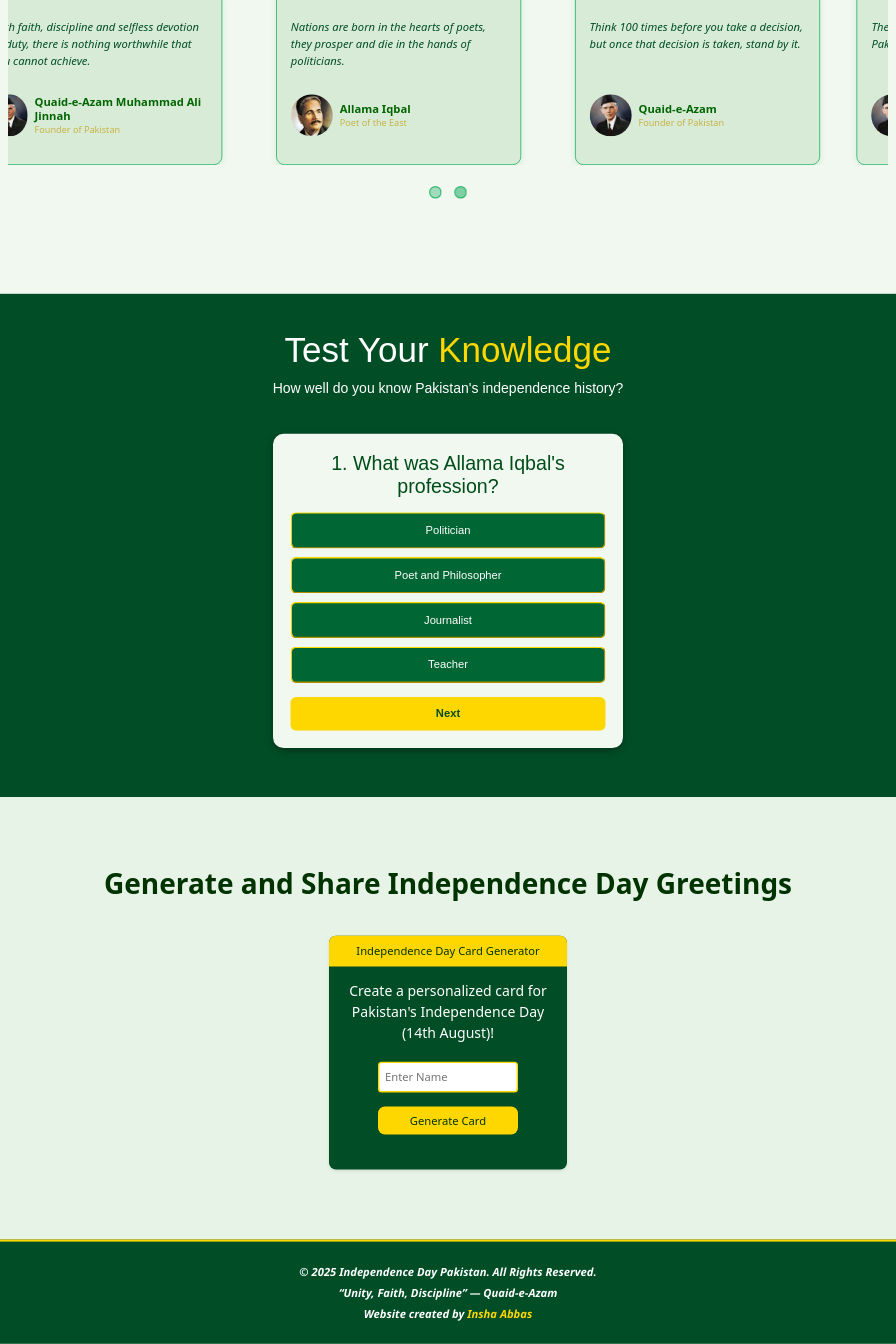
Repository: memonmuhammadali98/Pakistan-Independence-Day
Page: index.html
An editor plug-in stored every save of this project. The page is shown before and after the next save, followed by the edit.
The browser window is 1280 px wide. The pictures show the part of the page from y = 4434 to 6354 px (the page is 6354 px tall), at 70% of full size.

Above is the page before, as saved 2025-08-09 21:08:52.

### index.html
<!DOCTYPE html>
<html lang="en">

<head>
  <meta charset="UTF-8">
  <meta name="viewport" content="width=device-width, initial-scale=1.0">
  <title>Independence Day</title>
  <!-- External CSS -->
  <link rel="stylesheet" href="./style.css">
  <!-- Bootstrap CDN -->
  <link href="https://cdn.jsdelivr.net/npm/bootstrap@5.3.7/dist/css/bootstrap.min.css" rel="stylesheet"
    integrity="sha384-LN+7fdVzj6u52u30Kp6M/trliBMCMKTyK833zpbD+pXdCLuTusPj697FH4R/5mcr" crossorigin="anonymous">
  <script src="https://cdn.jsdelivr.net/npm/bootstrap@5.3.7/dist/js/bootstrap.bundle.min.js"
    integrity="sha384-ndDqU0Gzau9qJ1lfW4pNLlhNTkCfHzAVBReH9diLvGRem5+R9g2FzA8ZGN954O5Q"
    crossorigin="anonymous"></script>
    <!-- For PDF Download -->
    <script src="https://cdnjs.cloudflare.com/ajax/libs/jspdf/2.5.1/jspdf.umd.min.js"></script>
</head>

<body>
  <!-- Navbar Starts -->
  <nav class="navbar navbar-expand-lg navbar">
    <div class="container-fluid">
      <a class="navbar-brand" href="#">
        <img src="./Assets/logo-removebg-preview (1).png" alt="Logo" width="70px" height="50px">
      </a>
      <button class="navbar-toggler" type="button" data-bs-toggle="collapse" data-bs-target="#navbarSupportedContent"
        aria-controls="navbarSupportedContent" aria-expanded="false" aria-label="Toggle navigation">
        <span class="navbar-toggler-icon"></span>
      </button>
      <div class="collapse navbar-collapse" id="navbarSupportedContent">
        <ul class="navbar-nav me-auto ms-auto gap-5 mb-2 mb-lg-0 f-s-5">
          <li class="nav-item">
            <a class="nav-link active" aria-current="page" href="#">Home</a>
          </li>
          <li class="nav-item">
            <a class="nav-link active" href="#">About</a>
          </li>
          <li class="nav-item">
            <a class="nav-link active" aria-disabled="true">History</a>
          </li>
          <li class="nav-item">
            <a class="nav-link active" aria-disabled="true">Gallery</a>
          </li>
          <li class="nav-item">
            <a class="nav-link active" aria-disabled="true">Stories</a>
          </li>
        </ul>
        <form class="d-flex" role="search">
          <button class="btn" type="submit">Generate Card</button>
        </form>
      </div>
    </div>
  </nav>
  <!-- Navbar Ends -->

  <!-- HERO SECTION STARTS -->
  <section class="hero-section">
    <div class="hero-text">
      <h1>Celebrating Freedom Honoring <span style="color: gold;">Sacrifice</span></h1>
      <p>On this 14th August, let's remember the heroes who gave us independence and strive for a better Pakistan.</p>
      <button>Explore Our Journey</button>
    </div>
    <div class="hero-img">
      <img src="./Assets/hero-img.png" alt="Hero img" class="hero-img-1">
      <!-- <img src="./Assets/hero-img-2.png" alt="Hero img 2" class="Hero-img-2">
      <img src="./Assets/Hero-img-3.png" alt="Hero img 3" class="Hero-img-3"> -->
    </div>
  </section>
  <!-- HERO SECTION ENDS -->

  <!-- ABOUT SECTION STARTS -->
  <section class="about-section">
    <h2>About <span style="color: gold;">Pakistan</span></h2>
    <div class="about-container">
      <div class="about-img">
        <div class="flag-wrapper">
          <div class="flag">
            <div class="white-part"></div>
            <div class="green-part">
              <div class="crescent"></div>
              <div class="star"></div>
            </div>
          </div>
        </div>
      </div>
      <div class="about-text">
        <p>
          Pakistan is a country rich in history, culture, and natural beauty. From the majestic mountains of the north
          to the vast deserts in the south, it is a land of diversity and tradition. The people of Pakistan are known
          for their hospitality, resilience, and deep-rooted values. With a vision for progress and unity, Pakistan
          continues to grow while honoring its heritage and identity.
        </p>
      </div>
    </div>
  </section>
  <!-- ABOUT SECTION ENDS -->

  <!-- HISTORY SECTION STARTS -->
  <section class="history-section">
    <h2>Pakistan's Historical <span style="color: gold;">Journey</span></h2>
    <div class="timeline">

      <div class="timeline-item">
        <span class="year">1857 🔥</span>
        <h3>First War of Independence</h3>
        <p>The First War of Independence began, igniting the spark for freedom from British rule.</p>
      </div>

      <div class="timeline-item">
        <span class="year">1906 🕌</span>
        <h3>Formation of Muslim League</h3>
        <p>The All-India Muslim League was founded to represent Muslim interests in British India.</p>
      </div>

      <div class="timeline-item">
        <span class="year">1940 📜</span>
        <h3>Lahore Resolution</h3>
        <p>The Pakistan Resolution was passed in Lahore, demanding a separate homeland for Muslims.</p>
      </div>

      <div class="timeline-item">
        <span class="year">1947 🕊️</span>
        <h3>Independence of Pakistan</h3>
        <p>Pakistan gained independence on August 14 under the leadership of Quaid-e-Azam Muhammad Ali Jinnah.</p>
      </div>

      <div class="timeline-item">
        <span class="year">1956 📖</span>
        <h3>First Constitution</h3>
        <p>Pakistan became the Islamic Republic by adopting its first constitution on March 23.</p>
      </div>

      <div class="timeline-item">
        <span class="year">1965 ⚔️</span>
        <h3>Second War with India</h3>
        <p>Pakistan and India fought a war over Kashmir, ending with the Tashkent Agreement.</p>
      </div>

      <div class="timeline-item">
        <span class="year">1971 💔</span>
        <h3>Fall of Dhaka</h3>
        <p>The separation of East Pakistan led to the creation of Bangladesh after civil war.</p>
      </div>

      <div class="timeline-item">
        <span class="year">1973 🏛️</span>
        <h3>New Constitution</h3>
        <p>A new constitution was passed, establishing a parliamentary system in Pakistan.</p>
      </div>

      <div class="timeline-item">
        <span class="year">1998 💣</span>
        <h3>Nuclear Tests</h3>
        <p>Pakistan conducted successful nuclear tests in Chaghi, becoming the 7th nuclear power in the world.</p>
      </div>

    </div>
  </section>
  <!-- HISTORY SECTION ENDS -->

  <!-- NATIONAL HERO SECTION STARTS -->
   <section class="national-hero-section">
  <h2>National Heroes of <span style="color: gold;">Pakistan</span></h2>
  <div class="national-hero-cards">

    <div class="national-hero-card">
      <img src="assets/Quaid-img.jpeg" alt="Quaid-e-Azam">
      <h3>Quaid-e-Azam</h3>
      <p class="title">Founder of Pakistan</p>
      <p>Leader of the Pakistan Movement and the first Governor-General of Pakistan.</p>
    </div>

    <div class="national-hero-card">
      <img src="assets/Allama-Iqbal-img.webp" alt="Allama Iqbal">
      <h3>Allama Iqbal</h3>
      <p class="title">Poet of the East</p>
      <p>Visionary who dreamed of Pakistan and inspired the youth with his poetry.</p>
    </div>

    <div class="national-hero-card">
      <img src="assets/fatima-jinnah.jpg" alt="Fatima Jinnah">
      <h3>Fatima Jinnah</h3>
      <p class="title">Mother of the Nation</p>
      <p>Quaid-e-Azam's sister and a strong advocate for women's rights in Pakistan.</p>
    </div>

    <div class="national-hero-card">
      <img src="assets/Liaquat-Ali-Khan-img.jpg" alt="Allama Iqbal">
      <h3>Liaquat Ali Khan</h3>
      <p class="title">First Prime Minister</p>
      <p>He was the first Prime Minister of Pakistan and played a major role in early governance.</p>
    </div>

    <div class="national-hero-card">
      <img src="assets/Sir-Syed-Ahmed-Khan-img.webp" alt="Allama Iqbal">
      <h3>Sir Syed Ahmed Khan</h3>
      <p class="title">Muslim Reformer & Educator</p>
      <p>Founder of Aligarh Movement, he laid the foundation for modern Muslim education in the subcontinent.</p>
    </div>

    <div class="national-hero-card">
      <img src="assets/Abdul-Qadeer-Khan-img.webp" alt="Dr. Abdul Qadeer Khan">
      <h3>Dr. Abdul Qadeer Khan</h3>
      <p class="title">Father of Nuclear Program</p>
      <p>Key figure behind Pakistan's nuclear tests in 1998, ensuring national defense.</p>
    </div>

  </div>
</section>

<!-- Quote Section Starts -->
   <div class="quote-section container-xxl">
      <h2>Famous <span style="color: gold;">Quotes</span></h2>

  <div id="testimonialCarousel" class="carousel slide" data-bs-ride="carousel">

    <div class="carousel-inner" id="carouselContent"></div>

    <div class="carousel-indicators justify-content-center mt-3" id="carouselIndicators"></div>
  </div>


<div id="allTestimonialCards" class="d-none">

            <div class="testi-card-1">
      <div class="testi-para">
        <p>With faith, discipline and selfless devotion to duty, there is nothing worthwhile that you cannot achieve.</p>
      </div>
      <div class="testi-intro">
        <img src="./Assets/Quaid-img.jpeg" alt="pfp" class="testi-pfp">
        <div class="testi-intro-text">
          <h3>Quaid-e-Azam Muhammad Ali Jinnah</h3>
          <span style="color: rgb(198, 178, 68);;">Founder of Pakistan</span>
        </div>
      </div>

    </div>


          <div class="testi-card-1">
      <div class="testi-para">
        <p>Nations are born in the hearts of poets, they prosper and die in the hands of politicians.</p>
      </div>
      <div class="testi-intro">
        <img src="./Assets/Allama-Iqbal-img.webp" alt="pfp" class="testi-pfp">
        <div class="testi-intro-text">
          <h3>Allama Iqbal</h3>
          <span style="color: rgb(198, 178, 68);;">Poet of the East</span>
        </div>
      </div>
     </div>


          <div class="testi-card-1">
      <div class="testi-para">
        <p>Think 100 times before you take a decision, but once that decision is taken, stand by it.</p>
      </div>
      <div class="testi-intro">
        <img src="./Assets/Quaid-img.jpeg" alt="pfp" class="testi-pfp">
        <div class="testi-intro-text">
          <h3>Quaid-e-Azam</h3>
          <span style="color: rgb(198, 178, 68);;">Founder of Pakistan</span>
        </div>
      </div>
     </div>


          <div class="testi-card-1">
      <div class="testi-para">
        <p>There is no power on earth that can undo Pakistan.</p>
      </div>
      <div class="testi-intro">
        <img src="./Assets/Quaid-img.jpeg" alt="pfp" class="testi-pfp">
        <div class="testi-intro-text">
          <h3>Muhammad Ali Jinnah</h3>
          <span style="color: rgb(198, 178, 68);">Founder of Pakistan</span>
        </div>
      </div>
     </div>
</div>
</div>
 <!-- Quote Section Ends -->

<!-- Quiz Section Starts -->
  <section class="quiz-section">
  <div class="quiz-container">
    <h2>Test Your <span style="color: gold;">Knowledge</span></h2>
    <p>How well do you know Pakistan's independence history?</p>

    <div class="quiz-card">
      <h3 id="question">Question text</h3>
      <div id="options" class="options"></div>

      <button id="next-btn" class="next-btn">Next</button>
    </div>

    <div id="result-box" class="result-box hidden">
      <h3>Your Score: <span id="score"></span>/10</h3>
      <p id="remarks"></p>
      <input type="text" id="username" placeholder="Enter your name" />
      <button id="certificate-btn" class="next-btn">Download Certificate</button>
    </div>
  </div>
</section>
<!-- Quiz Section Ends -->

<!-- Card Section Starts -->
 <section class="card-section">
  <h2>Generate and Share <span></span> Independence Day Greetings</h2>
        <div class="generator-section">
            <div class="header">Independence Day Card Generator</div>
            <p>Create a personalized card for Pakistan's Independence Day (14th August)!</p>
            <input type="text" id="nameInput" placeholder="Enter Name" class="card-input">
            <button onclick="generateCard()" class="card-btn">Generate Card</button>
            <div class="cards-container" id="cardsContainer"></div>
        </div>
    </section>
<!-- Card Section Ends -->

<!-- Footer Section Starts -->
<footer class="footer">
  <div class="footer-container">
    <p>© 2025 Independence Day Pakistan. All Rights Reserved.</p>
    <p>“Unity, Faith, Discipline” — Quaid-e-Azam</p>
    <p>Website created by <strong style="color: gold;">Insha Abbas</strong></p>
  </div>
</footer>
<!-- Footer Section Ends -->













<!-- Famous Quotes Section Starts -->
  <script>
    <!-- Testimonial JS Starts -->
function getCardsPerSlide() {
  if (window.innerWidth >= 992) return 3; // large screen
  if (window.innerWidth >= 768) return 2; // medium
  return 1; // small
}

function buildCarousel() {
  const allCards = Array.from(document.querySelectorAll('#allTestimonialCards .testi-card-1'));
  const carouselInner = document.getElementById('carouselContent');
  const indicators = document.getElementById('carouselIndicators');
  const cardsPerSlide = getCardsPerSlide();

  carouselInner.innerHTML = '';
  indicators.innerHTML = '';

  let slides = [];

  if (cardsPerSlide === 3 && allCards.length === 4) {
    // Large screen: avoid solo card
    slides = [
      [0, 1, 2], // Slide 1
      [3, 0, 1]  // Slide 2
    ];
  } else {
    // Normal grouping
    for (let i = 0; i < allCards.length; i += cardsPerSlide) {
      const group = [];
      for (let j = 0; j < cardsPerSlide; j++) {
        const index = i + j;
        if (index < allCards.length) {
          group.push(index);
        }
      }
      slides.push(group);
    }
  }

  slides.forEach((group, slideIndex) => {
    const slide = document.createElement('div');
    slide.classList.add('carousel-item');
    if (slideIndex === 0) slide.classList.add('active');

    const row = document.createElement('div');
    row.classList.add('row', 'g-4' ,'justify-content-center');

    group.forEach(index => {
      const col = document.createElement('div');
      if (cardsPerSlide === 3) {
  col.className = 'col-lg-4';
} else if (cardsPerSlide === 2) {
  col.className = 'col-md-6';
} else {
  col.className = 'col-12 d-flex justify-content-center'; // ✅ fix for small screens
}
      col.appendChild(allCards[index].cloneNode(true));
      row.appendChild(col);
    });

    slide.appendChild(row);
    carouselInner.appendChild(slide);

    const dot = document.createElement('button');
    dot.setAttribute('type', 'button');
    dot.setAttribute('data-bs-target', '#testimonialCarousel');
    dot.setAttribute('data-bs-slide-to', slideIndex);
    dot.setAttribute('aria-label', `Slide ${slideIndex + 1}`);
    if (slideIndex === 0) {
      dot.classList.add('active');
      dot.setAttribute('aria-current', 'true');
    }
    indicators.appendChild(dot);
  });
}

window.addEventListener('DOMContentLoaded', buildCarousel);
window.addEventListener('resize', buildCarousel);
  </script>
<!-- Famous Quotes Section Ends -->

<!-- Quiz Section Starts -->
  <script>
    const questions = [
  { q: "What was Allama Iqbal's profession?", options: ["Politician", "Poet and Philosopher", "Journalist", "Teacher"], answer: 1 },
  { q: "When did Pakistan gain independence?", options: ["14 August 1947", "23 March 1940", "14 August 1950", "15 August 1947"], answer: 0 },
  { q: "Who was the founder of Pakistan?", options: ["Liaquat Ali Khan", "Allama Iqbal", "Muhammad Ali Jinnah", "Sir Syed Ahmed Khan"], answer: 2 },
  { q: "Which city is the capital of Pakistan?", options: ["Karachi", "Islamabad", "Lahore", "Quetta"], answer: 1 },
  { q: "What is the national language of Pakistan?", options: ["Punjabi", "Urdu", "Sindhi", "Pashto"], answer: 1 },
  { q: "What is Pakistan's national flower?", options: ["Rose", "Lily", "Jasmine", "Tulip"], answer: 2 },
  { q: "When was the first constitution of Pakistan enforced?", options: ["1956", "1949", "1973", "1962"], answer: 0 },
  { q: "Which sea borders Pakistan?", options: ["Red Sea", "Caspian Sea", "Arabian Sea", "Black Sea"], answer: 2 },
  { q: "Who was the first Prime Minister of Pakistan?", options: ["Liaquat Ali Khan", "Ayub Khan", "Zulfikar Ali Bhutto", "Yahya Khan"], answer: 0 },
  { q: "What is Pakistan's national sport?", options: ["Hockey", "Cricket", "Football", "Kabaddi"], answer: 0 }
];

let currentQ = 0;
let score = 0;
let selectedOption = null;

const questionEl = document.getElementById("question");
const optionsEl = document.getElementById("options");
const nextBtn = document.getElementById("next-btn");
const resultBox = document.getElementById("result-box");
const scoreEl = document.getElementById("score");
const remarksEl = document.getElementById("remarks");
const certificateBtn = document.getElementById("certificate-btn");

function loadQuestion() {
  const q = questions[currentQ];
  questionEl.textContent = `${currentQ + 1}. ${q.q}`;
  optionsEl.innerHTML = "";
  q.options.forEach((opt, index) => {
    const btn = document.createElement("button");
    btn.textContent = opt;
    btn.classList.add("option-btn");
    btn.onclick = () => selectOption(index, btn);
    optionsEl.appendChild(btn);
  });
}

function selectOption(index, button) {
  selectedOption = index;
  document.querySelectorAll(".option-btn").forEach(btn => btn.classList.remove("selected"));
  button.classList.add("selected");
}

nextBtn.onclick = () => {
  if (selectedOption === null) return alert("Please select an option!");
  if (selectedOption === questions[currentQ].answer) score++;
  selectedOption = null;
  currentQ++;
  if (currentQ < questions.length) {
    loadQuestion();
  } else {
    showResult();
  }
};

function showResult() {
  document.querySelector(".quiz-card").classList.add("hidden");
  resultBox.classList.remove("hidden");
  scoreEl.textContent = score;
  remarksEl.textContent = score >= 8 ? "Excellent! You know your history well!" :
                          score >= 5 ? "Good job! But there's more to learn." :
                          "Keep learning about Pakistan's history!";
}

certificateBtn.onclick = () => {
  const name = document.getElementById("username").value.trim();
  if (!name) return alert("Please enter your name!");
  generateCertificate(name, score);
};

function generateCertificate(name, score) {
  const { jsPDF } = window.jspdf;
  const doc = new jsPDF("landscape", "mm", "a4");

  // Colors
  const green = [0, 102, 51];
  const gold  = [255, 215, 0];
  const white = [255, 255, 255];

  // Page background
  doc.setFillColor(...green);
  doc.rect(0, 0, 297, 210, "F");

  // Gold border
  doc.setDrawColor(...gold);
  doc.setLineWidth(4);
  doc.rect(5, 5, 287, 200);

  // Title
  doc.setFont("helvetica", "bold");
  doc.setFontSize(32);
  doc.setTextColor(...gold);
  doc.text("Certificate of Achievement", 148.5, 50, { align: "center" });

  // Subtitle
  doc.setFontSize(18);
  doc.setTextColor(...white);
  doc.text("This is proudly presented to", 148.5, 70, { align: "center" });

  // Name
  doc.setFont("times", "bold");
  doc.setFontSize(26);
  doc.setTextColor(...gold);
  doc.text(name, 148.5, 90, { align: "center" });

  // Achievement text
  doc.setFont("helvetica", "normal");
  doc.setFontSize(16);
  doc.setTextColor(...white);
  doc.text(
    "For successfully completing the Pakistan Independence Day Quiz",
    148.5,
    110,
    { align: "center", maxWidth: 240 }
  );
  doc.text(`Score: ${score}/10`, 148.5, 125, { align: "center" });

  // Remarks
  let remark =
    score >= 8 ? "Excellent knowledge of Pakistan's history!" :
    score >= 5 ? "Good effort! Keep learning more." :
                 "Needs improvement. Keep studying!";
  doc.setFontSize(14);
  doc.setTextColor(...white);
  doc.text(remark, 148.5, 140, { align: "center" });

  // Date (only once)
  const today = new Date();
  // ordinal helper (optional)
  const ordinal = (n) => {
    const s = ["th","st","nd","rd"], v = n % 100;
    return n + (s[(v - 20) % 10] || s[v] || s[0]);
  };
  const dateStr = `${ordinal(today.getDate())} ${today.toLocaleString('en-GB', { month: 'long' })} ${today.getFullYear()}`;

  doc.setFontSize(12);
  doc.setTextColor(200, 200, 200);
  doc.text(`Issued on ${dateStr}`, 148.5, 190, { align: "center" });

  // Decorative stamp (right side)
  // Decorative stamp (right side) with today's date
const day   = today.getDate().toString().padStart(2, "0");
const month = today.toLocaleString('en-GB', { month: 'short' }).toUpperCase();

doc.setFillColor(...gold);
doc.circle(260, 150, 15, "F");
doc.setFontSize(10);
doc.setTextColor(...green);
doc.text(`${day} ${month}`, 260, 150, { align: "center", baseline: "middle" });

  // Optionally add a watermark image (flag) - see note below
  // doc.addImage(flagBase64, 'PNG', 20, 30, 120, 120, undefined, 'FAST');

  // Save PDF
  doc.save(`${name}-certificate.pdf`);
}

loadQuestion();

  </script>
<!-- Quiz Section Ends -->

<!-- Card Section Starts -->
 <script src="https://html2canvas.hertzen.com/dist/html2canvas.min.js"></script>
   <script>
    function generateCard() {
    const name = document.getElementById('nameInput').value.trim();
    if (!name) {
        alert('Please enter a name!');
        return;
    }

    const cardsContainer = document.getElementById('cardsContainer');
    const existingCard = cardsContainer.querySelector('.card');

    if (existingCard) {
        // Update the existing card's name and re-attach download button event
        existingCard.querySelector('.wish-heading').innerHTML = `Happy Independence Day <span style="color: gold;">${name}!</span>`;
    } else {
        // Create a new card div
        const card = document.createElement('div');
        card.classList.add('card');

        card.innerHTML = `
            <div class="flag-wrapper">
                <div class="flag">
                    <div class="white-part"></div>
                    <div class="green-part">
                        <div class="crescent"></div>
                        <div class="star"></div>
                    </div>
                </div>
            </div>
            <h3 class="wish-heading">Happy Independence Day <span style="color: gold;">${name}!</span></h3>
            <p class="wish-para">Celebrate the spirit of freedom and unity on this special day. Let's honor the sacrifices of our heroes.</p>
            <p class="wish-para">"Unity, Faith, Discipline" Quaid-e-Azam</p>
        `;

        // Create download button and attach event listener
        const downloadBtn = document.createElement('button');
        downloadBtn.className = 'download-btn';
        downloadBtn.textContent = 'Download Card';
        downloadBtn.addEventListener('click', () => downloadCard(card, name, downloadBtn));

        card.appendChild(downloadBtn);
        cardsContainer.appendChild(card);
    }

    // If card exists and you want to update the download button handler with new name:
    if (existingCard) {
        const downloadBtn = existingCard.querySelector('.download-btn');
        // Remove old listeners by cloning button
        const newDownloadBtn = downloadBtn.cloneNode(true);
        downloadBtn.replaceWith(newDownloadBtn);
        newDownloadBtn.addEventListener('click', () => downloadCard(existingCard, name, newDownloadBtn));
    }

    document.getElementById('nameInput').value = '';

    function downloadCard(cardElement, name, button) {
    button.classList.add('hidden');
    html2canvas(cardElement).then(canvas => {
        const link = document.createElement('a');
        link.download = `independence_day_card_${name}_${Date.now()}.png`;
        link.href = canvas.toDataURL('image/png');
        link.click();
        button.classList.remove('hidden');
    });
}

}

   </script>
<!-- Card Section Ends -->


</body>

</html>

Loaded but not shown: style.css (719 lines, source omitted)

After the next save:
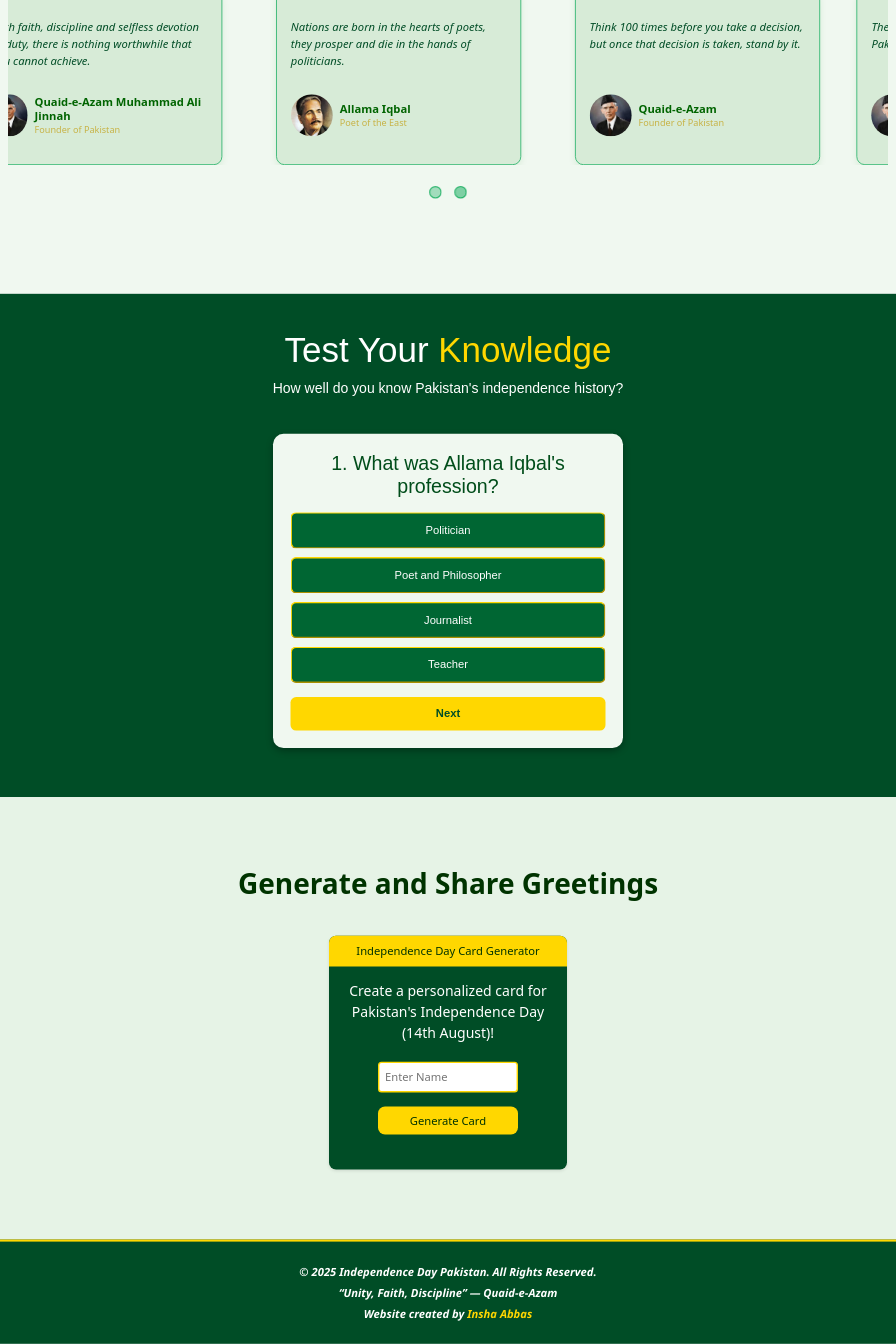
Saved 5 s later.
--- a/index.html
+++ b/index.html
@@ -307,7 +307,7 @@
 
 <!-- Card Section Starts -->
  <section class="card-section">
-  <h2>Generate and Share <span></span> Independence Day Greetings</h2>
+  <h2>Generate and Share <span></span> Greetings</h2>
         <div class="generator-section">
             <div class="header">Independence Day Card Generator</div>
             <p>Create a personalized card for Pakistan's Independence Day (14th August)!</p>
